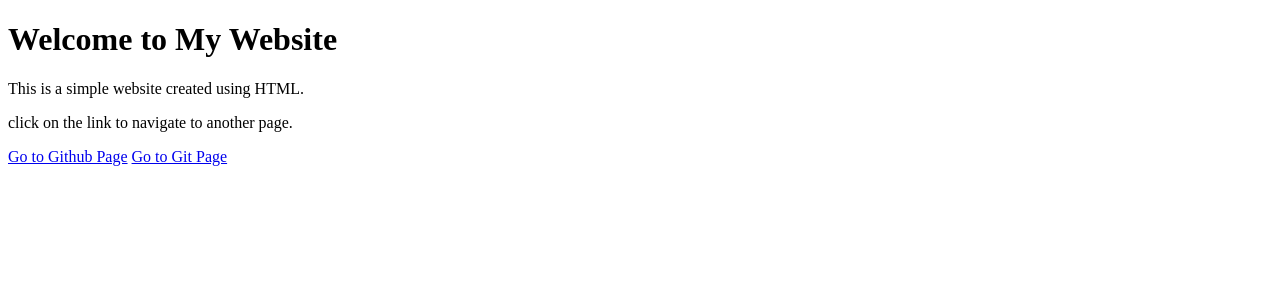
Repository: brownsonjoy1811/GitandGithub
Page: index.html
These files come from the project's save history. The page is drawn as it stood at one moment and after a run of saves; the edit follows.
The browser window is 1280 px wide. The pictures show the whole page.

Above is the page before, as saved 2026-06-17 10:38:39.

After the next 2 saves:
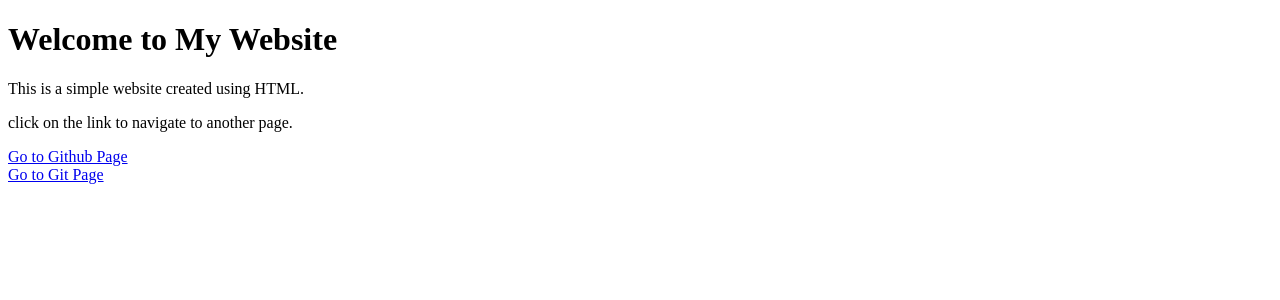
The 2 saves are shown as one change because they came seconds apart.
The last was saved 56 s later.
--- a/index.html
+++ b/index.html
@@ -10,7 +10,7 @@
     <p>This is a simple website created using HTML.</p>
 
     <p>click on the link to navigate to another page.</p>
-    <a href="github.html">Go to Github Page</a>
+    <a href="github.html">Go to Github Page</a> <br>
     <a href="git.html">Go to Git Page</a>
 
 
